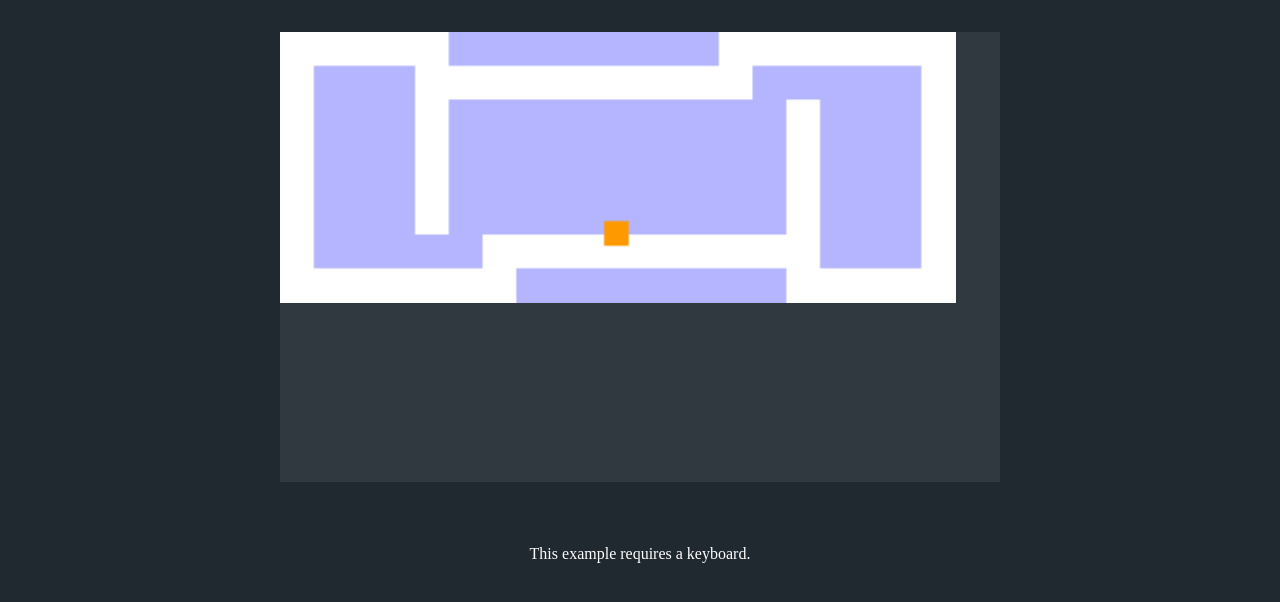
Repository: jh0l/WorldsHardestGame
Page: index.html
These files come from the project's save history. The page is drawn as it stood at one moment and after the next save; the edit follows.
The browser window is 1280 px wide. The pictures show the whole page.

Above is the page before, as saved 2018-07-19 00:28:42.

After the next save:
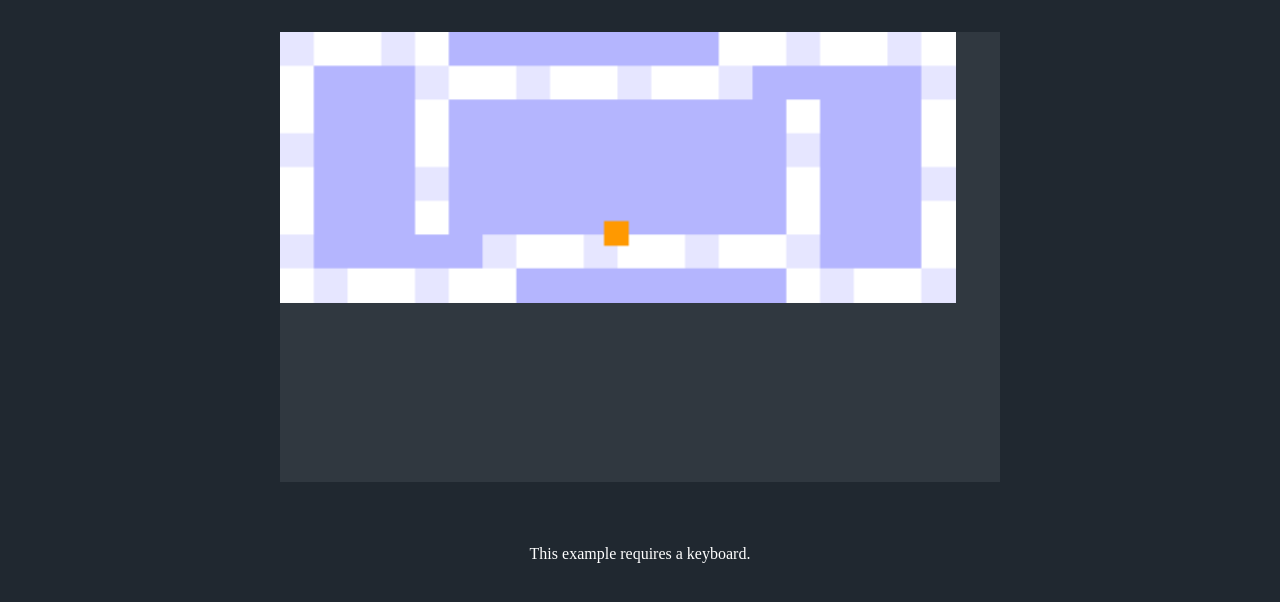
Saved 37 s later.
--- a/src/index.js
+++ b/src/index.js
@@ -42,7 +42,7 @@
 
     render: function() {
       for (let index = game.world.map.length - 1; index > -1; --index) {
-        this.buffer.fillStyle = tileValColor(game.world.map[index]);
+        this.buffer.fillStyle = tileValColor(game.world.map[index], index);
         this.buffer.fillRect(
           (index % game.world.columns) * game.world.tile_size,
           Math.floor(index / game.world.columns) * game.world.tile_size,
